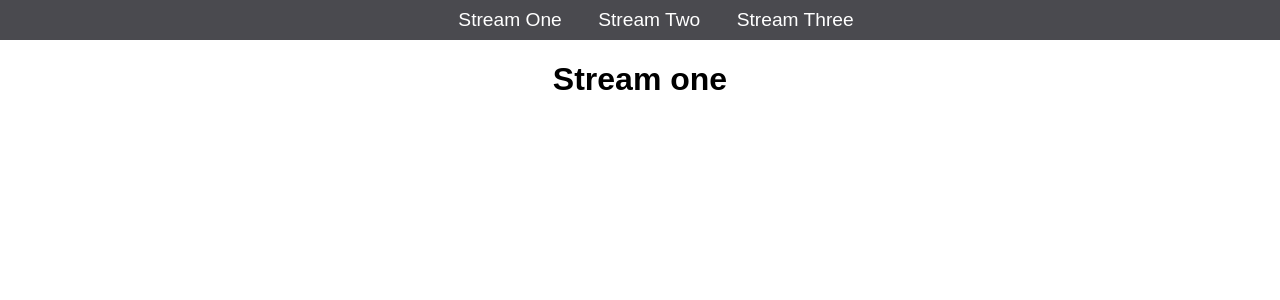
Repository: santimex/my-first-website
Page: Index.html
The author's editor kept a record of every edit. The page is drawn from the files as they stood at one moment, then again after the next edit.
The browser window is 1280 px wide. The pictures show the whole page.

Above is the page before.

### Index.html
<!DOCTYPE html>
<html>
    <head>
        <title>Stream One</title>
        <link rel="stylesheet" href="css/style.css" type="text/css" />
    </head>
    <body>
        <nav>
            <ul>
                <li><a href="stream-one.html">Stream One</a></li>
                <li><a href="stream-two.html">Stream Two</a></li>
                <li><a href="stream-three.html">Stream Three</a></li>
            </ul>
        </nav>
        <h1>Stream one</h1>
        <div>

        </div>

        </div>
    </body>
</html>

### css/style.css
body {
    margin: 0;
    padding: 0;
    font-family: "Oswald", sans-serif;
}

nav ul {
    list-style: none;
    background-color: #4a4a4f;
    text-align: center;
    margin: 0;
    padding: 0;
}

nav li {
    font-size: 1.2em;
    line-height: 40px;
    height: 40px;
    display: inline-block;
    margin-left: 2.5%;
}

nav a {
    text-decoration: none;
    color: #fff;
    display: block;
}

nav a:hover {
    background-color: #fff;
    color: #4a4a4f;
}

.card {
    float: left;
    width: 20%;
    margin-left: 10%;
}

.card a {
    text-align: center;
    text-decoration: none;
    color: #000;
}

.card a:hover {
    color: #FF5117;
}

img {
    width: 100%;
    height: 100px;
}

h1 {
    text-align: center;
}

After the next edit:
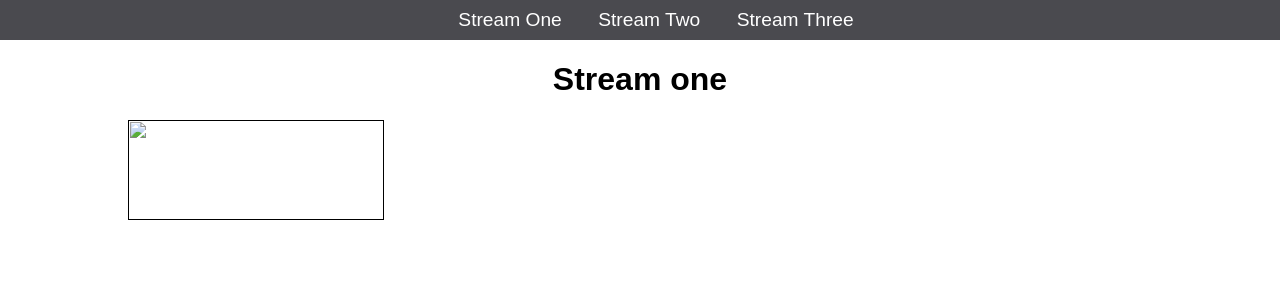
The edit:
--- a/Index.html
+++ b/Index.html
@@ -13,8 +13,11 @@
             </ul>
         </nav>
         <h1>Stream one</h1>
-        <div>
-
+        <div class="card">
+            <a href="">
+                <img src="" />
+                <h2></h2>
+            </a>
         </div>
 
         </div>
